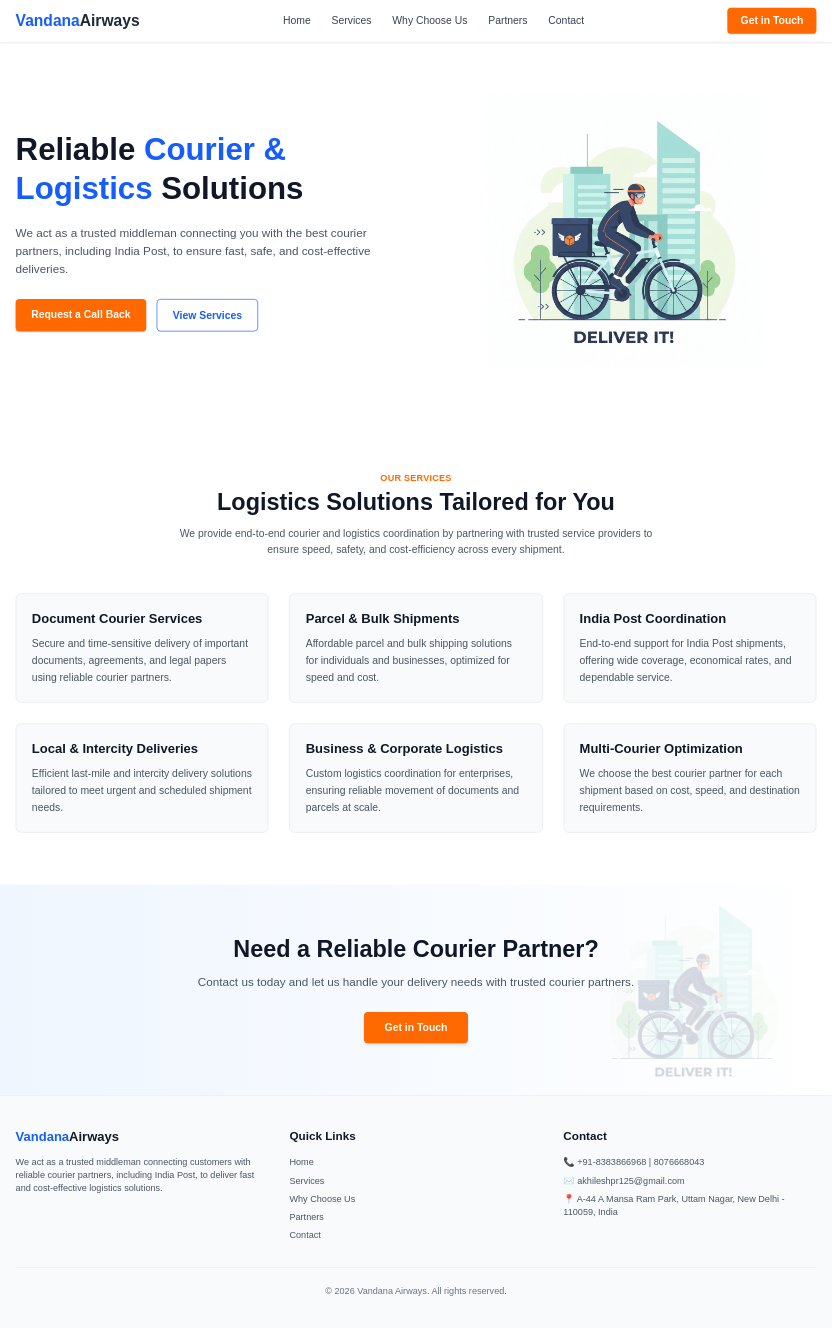
Repository: Rohit-foryou/Courier-Portfolio
Page: /
These files come from the project's save history. The page is drawn as it stood at one moment and after the next save; the edit follows.
The browser window is 1280 px wide. The pictures show the whole page, at 65% of full size.
The project was rebuilt for these pictures with package versions that can differ from the ones it lists, and the page was loaded fresh each time. The framework's server and built-in components were replaced by stand-ins that run in the browser. Also part of the build but not shown: next.config.ts.

Above is the page before, as saved 2026-02-09 22:04:26.

After the next save:
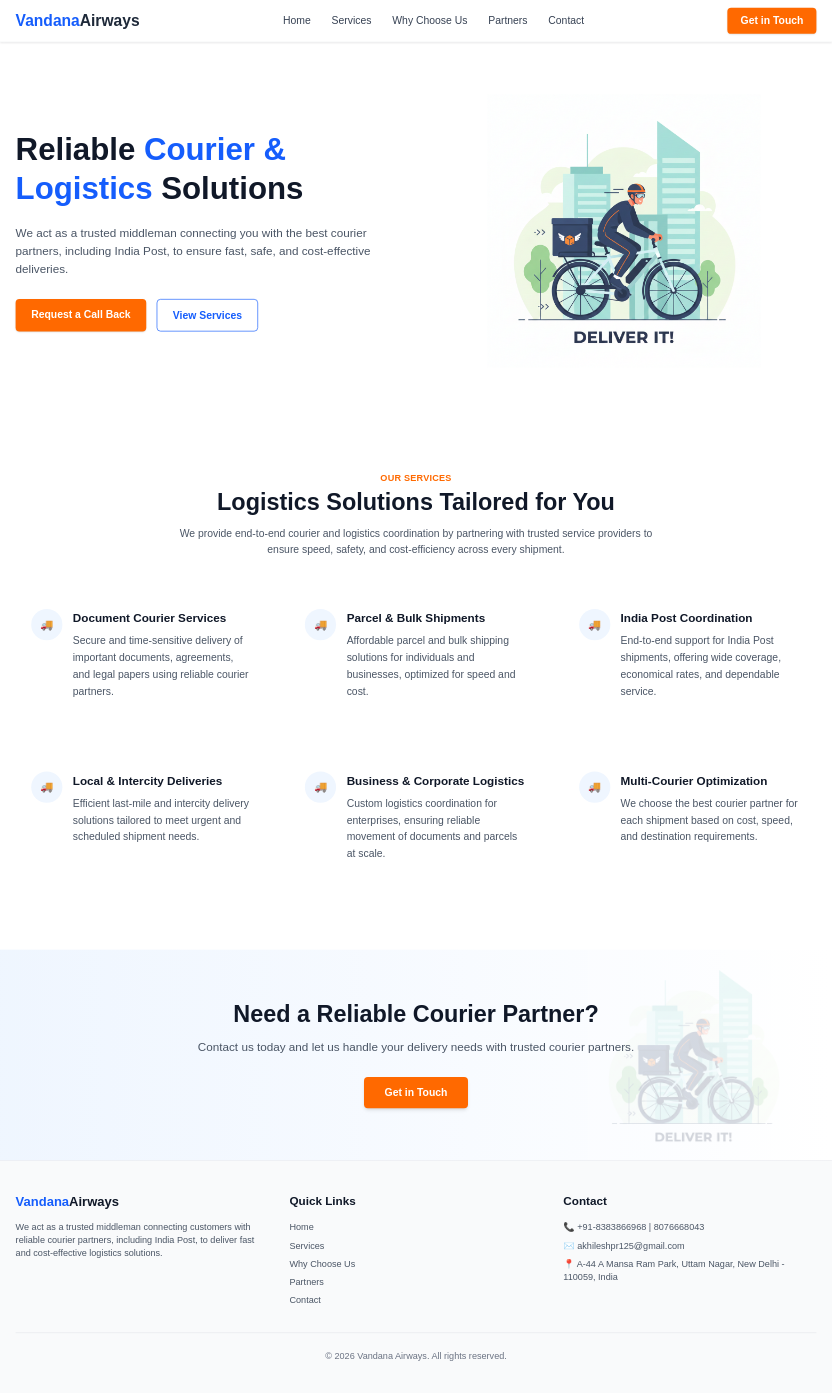
Saved 31 min 28 s later.
--- a/components/ServiceCard.tsx
+++ b/components/ServiceCard.tsx
@@ -1,3 +1,5 @@
+import { ArrowRight } from "lucide-react";
+
 type ServiceCardProps = {
   title: string;
   description: string;
@@ -5,13 +7,30 @@
 
 export default function ServiceCard({ title, description }: ServiceCardProps) {
   return (
-    <div className="bg-gray-50 border border-gray-200 rounded-lg p-6 hover:shadow-md transition">
-      <h3 className="text-xl font-semibold text-gray-900">
-        {title}
-      </h3>
-      <p className="mt-3 text-gray-600 leading-relaxed">
-        {description}
-      </p>
+    <div className="group flex gap-4 p-6 bg-white hover:bg-gray-50 transition rounded-lg">
+
+      {/* Icon */}
+      <div className="flex-shrink-0">
+        <div className="w-12 h-12 rounded-full bg-blue-50 flex items-center justify-center text-blue-600">
+          🚚
+        </div>
+      </div>
+
+      {/* Content */}
+      <div>
+        <h3 className="text-lg font-semibold text-gray-900 group-hover:text-blue-600 transition">
+          {title}
+        </h3>
+
+        <p className="mt-2 text-gray-600 leading-relaxed">
+          {description}
+        </p>
+
+        {/* Arrow */}
+        <div className="mt-3 text-orange-500 opacity-0 group-hover:opacity-100 transition">
+          <ArrowRight size={18} />
+        </div>
+      </div>
     </div>
   );
 }
